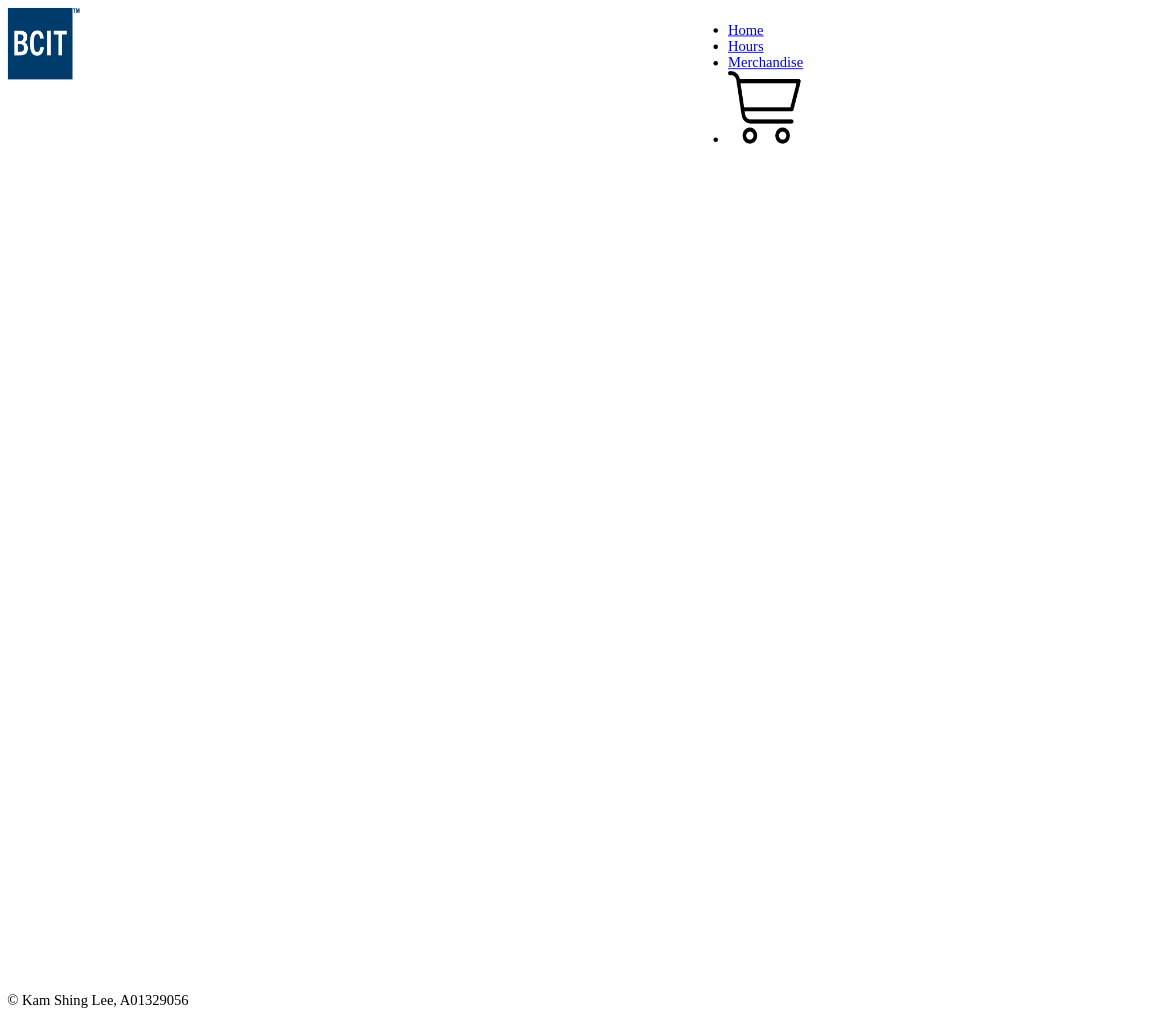
Repository: klee616/assessment3
Page: /
An editor plug-in stored every save of this project. The page is shown before and after the next save, followed by the edit.
The browser window is 1280 px wide. The pictures show the whole page, at 91% of full size.
The project was rebuilt for these pictures with package versions that can differ from the ones it lists, and the page was loaded fresh each time. The framework's server and built-in components were replaced by stand-ins that run in the browser. Also part of the build but not shown: next.config.mjs, components/Footer/Footer.module.css.

Above is the page before, as saved 2024-02-05 16:01:57.

### pages/index.js
import Head from "next/head";
import { Inter } from "next/font/google";
import styles from "@/styles/Home.module.css";
import layout from "@/styles/layout.module.css"
import Header from "@/components/Header";
import Footer from "@/components/Footer";

const inter = Inter({ subsets: ["latin"] });

export default function Home() {
  return (
    <>
      <Head>
        <title>BCIT Book Store</title>
        <meta name="description" content="All online pick-up orders are available at the Burnaby Campus Bookstore (SE2). Please allow 2-3 business days for order processing." />
        <meta name="viewport" content="width=device-width, initial-scale=1" />
        <link rel="icon" href="/favicon.ico" />
      </Head>

      <Header />
      <main className={`${styles.main} ${inter.className}`}>
        <div className={`${layout['col-lg-4']} ${layout['col-md-4']} ${layout['col-lg-4']}}`}>

        </div>
      </main>
      <Footer />
    </>
  );
}

### styles/globals.css
:root {
  --background-color: #fff;
  --highlight: #FFF400;
  --blue: #003C71;
  --white-text: #fff;
  --product-background: rgb(245, 245, 245);
}

### styles/layout.module.css

.row {
    display: flex;
    flex-direction: row;
    flex-wrap: wrap;
    justify-content: left;
    align-items: stretch;
  }

  .col-lg-12, .col-md-12, .col-sm-12{
      flex: 0 0 12;
      width: calc(100% / 12 * 12);
  }

  .col-lg-11, .col-md-11, .col-sm-11{
      flex: 0 0 11;
      width: calc(100% / 12 * 11);
  }

  .col-lg-10, .col-md-10, .col-sm-10{
      flex: 0 0 10;
      width: calc(100% / 12 * 10);
  }

  .col-lg-9, .col-md-9, .col-sm-9{
      flex: 0 0 9;
      width: calc(100% / 12 * 9);
  }

  .col-lg-8, .col-md-8, .col-sm-8{
      flex: 0 0 8;
      width: calc(100% / 12 * 8);
  }

  .col-lg-7, .col-md-7, .col-sm-7{
      flex: 0 0 7;
      width: calc(100% / 12 * 7);
  }

  .col-lg-6, .col-md-6, .col-sm-6{
      flex: 0 0 6;
      width: calc(100% / 12 * 6);
  }

  .col-lg-5, .col-md-5, .col-sm-5{
      flex: 0 0 5;
      width: calc(100% / 12 * 5);
  }

  .col-lg-4, .col-md-4, .col-sm-4{
      flex: 0 0 4;
      width: calc(100% / 12 * 4);
  }

  .col-lg-3, .col-md-3, .col-sm-3{
      flex: 0 0 3;
      width: calc(100% / 12 * 3);
  }

  .col-lg-2, .col-md-2, .col-sm-2{
      flex: 0 0 2;
      width: calc(100% / 12 * 2);
  }

  .col-lg-1, .col-md-1, .col-sm-1{
      flex: 0 0 1;
      width: calc(100% / 12 * 1);
  }

  .text-align-right{
    text-align: right;
  }

  @media (min-width: 1221px ) {
    /* lg*/

    .row {
      max-width: 1220px;
      width: 100vw;
    }

    .row-wider{
      width: 992px;
    }


    .col-lg-12 {
      flex: 0 0 12;
      width: calc(100% / 12 * 12);
    }

    .col-lg-11 {
      flex: 0 0 11;
      width: calc(100% / 12 * 12);
    }

    .col-lg-10 {
      flex: 0 0 10;
      width: calc(100% / 12 * 10);
    }

    .col-lg-9 {
      flex: 0 0 9;
      width: calc(100% / 12 * 9);
    }

    .col-lg-8 {
      flex: 0 0 8;
      width: calc(100% / 12 * 8);
    }

    .col-lg-7 {
      flex: 0 0 7;
      width: calc(100% / 12 * 7);
    }

    .col-lg-6 {
      flex: 0 0 6;
      width: calc(100% / 12 * 6);
    }

    .col-lg-5 {
      flex: 0 0 5;
      width: calc(100% / 12 * 5);
    }

    .col-lg-4 {
      flex: 0 0 4;
      width: calc(100% / 12 * 4);
    }

    .col-lg-3 {
      flex: 0 0 3;
      width: calc(100% / 12 * 3);
    }

    .col-lg-2 {
      flex: 0 0 2;
      width: calc(100% / 12 * 2);
    }

    .col-lg-1 {
      flex: 0 0 1;
      width: calc(100% / 12 * 1);
    }

    .lg-hidden{
      display: none;;
    }
  }


  @media (max-width:1220px) and (min-width:701px) {
    /* md*/

    .row {
        max-width: 1440px;
        width: 100vw;

    }



    .col-md-12 {
      flex: 0 0 12;
      width: calc(100% / 12 * 12);
    }

    .col-md-11 {
      flex: 0 0 11;
      width: calc(100% / 12 * 12);
    }

    .col-md-10 {
      flex: 0 0 10;
      width: calc(100% / 12 * 10);
    }

    .col-md-9 {
      flex: 0 0 9;
      width: calc(100% / 12 * 9);
    }

    .col-md-8 {
      flex: 0 0 8;
      width: calc(100% / 12 * 8);
    }

    .col-md-7 {
      flex: 0 0 7;
      width: calc(100% / 12 * 7);
    }

    .col-md-6 {
      flex: 0 0 6;
      width: calc(100% / 12 * 6);
    }

    .col-md-5 {
      flex: 0 0 5;
      width: calc(100% / 12 * 5);
    }

    .col-md-4 {
      flex: 0 0 4;
      width: calc(100% / 12 * 4);
    }

    .col-md-3 {
      flex: 0 0 3;
      width: calc(100% / 12 * 3);
    }

    .col-md-2 {
      flex: 0 0 2;
      width: calc(100% / 12 * 2);
    }

    .col-md-1 {
      flex: 0 0 1;
      width: calc(100% / 12 * 1);
    }


    .md-hidden{
      display: none;;
    }
  }


  @media (max-width:700px) {
    /* sm*/

    .row {
        max-width: 640;
        width: 100vw;

    }


    .col-sm-12 {
      flex: 0 0 12;
      width: calc(100% / 12 * 12);
    }

    .col-sm-11 {
      flex: 0 0 11;
      width: calc(100% / 12 * 12);
    }

    .col-sm-10 {
      flex: 0 0 10;
      width: calc(100% / 12 * 10);
    }

    .col-sm-9 {
      flex: 0 0 9;
      width: calc(100% / 12 * 9);
    }

    .col-sm-8 {
      flex: 0 0 8;
      width: calc(100% / 12 * 8);
    }

    .col-sm-7 {
      flex: 0 0 7;
      width: calc(100% / 12 * 7);
    }

    .col-sm-6 {
      flex: 0 0 6;
      width: calc(100% / 12 * 6);
    }

    .col-sm-5 {
      flex: 0 0 5;
      width: calc(100% / 12 * 5);
    }

    .col-sm-4 {
      flex: 0 0 4;
      width: calc(100% / 12 * 4);
    }

    .col-sm-3 {
      flex: 0 0 3;
      width: calc(100% / 12 * 3);
    }

    .col-sm-2 {
      flex: 0 0 2;
      width: calc(100% / 12 * 2);
    }

    .col-sm-1 {
      flex: 0 0 1;
      width: calc(100% / 12 * 1);
    }

    .sm-hidden{
      display: none;
    }
  }

### components/Header/index.js
import styles from './Header.module.css'
import layout from '@/styles/Layout.module.css'
import Image from 'next/image'
import Link from 'next/link'

export default function Header() {
    return (
        <>
            <header className={layout['row']}>
                <div className={`${layout['col-lg-4']} ${layout['col-md-4']} ${layout['col-sm-4']}`}>
                    <Image
                        src="/images/bcit_logo.png"
                        width={80}
                        height={80} />
                </div>
                <div className={`${layout['col-lg-8']} ${layout['col-md-8']} ${layout['col-sm-8']}`}>
                    <div className={styles['menu-container']}>
                        <ul className={styles['menu-list']}>
                            <li className={styles['menu-item']}>
                                <Link href='/'>Home</Link>
                            </li>
                            <li className={styles['menu-item']}>
                                <Link href='/'>Hours</Link>
                            </li>
                            <li className={styles['menu-item']}>
                                <Link href='/'>Merchandise</Link>
                            </li>
                            <li className={styles['menu-item']}>

                            <Link href='/'>
                                <Image
                                src="/images/shopping.png"
                                width={80}
                                height={80} />
                            </Link>
                                </li>
                        </ul>
                    </div>
                </div>

            </header>
        </>
    )
}

### components/Footer/index.js
import styles from './Footer.module.css'
import layout from '@/styles/Layout.module.css'

export default function Footer(){
    return (
        <>
        <footer className={`${layout['row']}`}>
<div className={`${layout['col-lg-12']} ${layout['col-md-12']} ${layout['col-sm-12']}`}>
    &copy; Kam Shing Lee, A01329056
</div>
        </footer>
        </>
    )
}

### components/Header/Header.module.css
.menu-container{
    display: flex;
    flex-direction: row;
    flex-wrap: nowrap;
    align-content: center;
    justify-content: center;
    align-items: center;
}

### styles/Layout.module.css

.row {
    display: flex;
    flex-direction: row;
    flex-wrap: wrap;
    justify-content: left;
    align-items: stretch;
  }

  .col-lg-12, .col-md-12, .col-sm-12{
      flex: 0 0 12;
      width: calc(100% / 12 * 12);
  }

  .col-lg-11, .col-md-11, .col-sm-11{
      flex: 0 0 11;
      width: calc(100% / 12 * 11);
  }

  .col-lg-10, .col-md-10, .col-sm-10{
      flex: 0 0 10;
      width: calc(100% / 12 * 10);
  }

  .col-lg-9, .col-md-9, .col-sm-9{
      flex: 0 0 9;
      width: calc(100% / 12 * 9);
  }

  .col-lg-8, .col-md-8, .col-sm-8{
      flex: 0 0 8;
      width: calc(100% / 12 * 8);
  }

  .col-lg-7, .col-md-7, .col-sm-7{
      flex: 0 0 7;
      width: calc(100% / 12 * 7);
  }

  .col-lg-6, .col-md-6, .col-sm-6{
      flex: 0 0 6;
      width: calc(100% / 12 * 6);
  }

  .col-lg-5, .col-md-5, .col-sm-5{
      flex: 0 0 5;
      width: calc(100% / 12 * 5);
  }

  .col-lg-4, .col-md-4, .col-sm-4{
      flex: 0 0 4;
      width: calc(100% / 12 * 4);
  }

  .col-lg-3, .col-md-3, .col-sm-3{
      flex: 0 0 3;
      width: calc(100% / 12 * 3);
  }

  .col-lg-2, .col-md-2, .col-sm-2{
      flex: 0 0 2;
      width: calc(100% / 12 * 2);
  }

  .col-lg-1, .col-md-1, .col-sm-1{
      flex: 0 0 1;
      width: calc(100% / 12 * 1);
  }

  .text-align-right{
    text-align: right;
  }

  @media (min-width: 1221px ) {
    /* lg*/

    .row {
      max-width: 1220px;
      width: 100vw;
    }

    .row-wider{
      width: 992px;
    }


    .col-lg-12 {
      flex: 0 0 12;
      width: calc(100% / 12 * 12);
    }

    .col-lg-11 {
      flex: 0 0 11;
      width: calc(100% / 12 * 12);
    }

    .col-lg-10 {
      flex: 0 0 10;
      width: calc(100% / 12 * 10);
    }

    .col-lg-9 {
      flex: 0 0 9;
      width: calc(100% / 12 * 9);
    }

    .col-lg-8 {
      flex: 0 0 8;
      width: calc(100% / 12 * 8);
    }

    .col-lg-7 {
      flex: 0 0 7;
      width: calc(100% / 12 * 7);
    }

    .col-lg-6 {
      flex: 0 0 6;
      width: calc(100% / 12 * 6);
    }

    .col-lg-5 {
      flex: 0 0 5;
      width: calc(100% / 12 * 5);
    }

    .col-lg-4 {
      flex: 0 0 4;
      width: calc(100% / 12 * 4);
    }

    .col-lg-3 {
      flex: 0 0 3;
      width: calc(100% / 12 * 3);
    }

    .col-lg-2 {
      flex: 0 0 2;
      width: calc(100% / 12 * 2);
    }

    .col-lg-1 {
      flex: 0 0 1;
      width: calc(100% / 12 * 1);
    }

    .lg-hidden{
      display: none;;
    }
  }


  @media (max-width:1220px) and (min-width:701px) {
    /* md*/

    .row {
        max-width: 1440px;
        width: 100vw;

    }



    .col-md-12 {
      flex: 0 0 12;
      width: calc(100% / 12 * 12);
    }

    .col-md-11 {
      flex: 0 0 11;
      width: calc(100% / 12 * 12);
    }

    .col-md-10 {
      flex: 0 0 10;
      width: calc(100% / 12 * 10);
    }

    .col-md-9 {
      flex: 0 0 9;
      width: calc(100% / 12 * 9);
    }

    .col-md-8 {
      flex: 0 0 8;
      width: calc(100% / 12 * 8);
    }

    .col-md-7 {
      flex: 0 0 7;
      width: calc(100% / 12 * 7);
    }

    .col-md-6 {
      flex: 0 0 6;
      width: calc(100% / 12 * 6);
    }

    .col-md-5 {
      flex: 0 0 5;
      width: calc(100% / 12 * 5);
    }

    .col-md-4 {
      flex: 0 0 4;
      width: calc(100% / 12 * 4);
    }

    .col-md-3 {
      flex: 0 0 3;
      width: calc(100% / 12 * 3);
    }

    .col-md-2 {
      flex: 0 0 2;
      width: calc(100% / 12 * 2);
    }

    .col-md-1 {
      flex: 0 0 1;
      width: calc(100% / 12 * 1);
    }


    .md-hidden{
      display: none;;
    }
  }


  @media (max-width:700px) {
    /* sm*/

    .row {
        max-width: 640;
        width: 100vw;

    }


    .col-sm-12 {
      flex: 0 0 12;
      width: calc(100% / 12 * 12);
    }

    .col-sm-11 {
      flex: 0 0 11;
      width: calc(100% / 12 * 12);
    }

    .col-sm-10 {
      flex: 0 0 10;
      width: calc(100% / 12 * 10);
    }

    .col-sm-9 {
      flex: 0 0 9;
      width: calc(100% / 12 * 9);
    }

    .col-sm-8 {
      flex: 0 0 8;
      width: calc(100% / 12 * 8);
    }

    .col-sm-7 {
      flex: 0 0 7;
      width: calc(100% / 12 * 7);
    }

    .col-sm-6 {
      flex: 0 0 6;
      width: calc(100% / 12 * 6);
    }

    .col-sm-5 {
      flex: 0 0 5;
      width: calc(100% / 12 * 5);
    }

    .col-sm-4 {
      flex: 0 0 4;
      width: calc(100% / 12 * 4);
    }

    .col-sm-3 {
      flex: 0 0 3;
      width: calc(100% / 12 * 3);
    }

    .col-sm-2 {
      flex: 0 0 2;
      width: calc(100% / 12 * 2);
    }

    .col-sm-1 {
      flex: 0 0 1;
      width: calc(100% / 12 * 1);
    }

    .sm-hidden{
      display: none;
    }
  }

Loaded but not shown: pages/_app.js (common file); pages/_document.js (common file); styles/Home.module.css (common file)

After the next save:
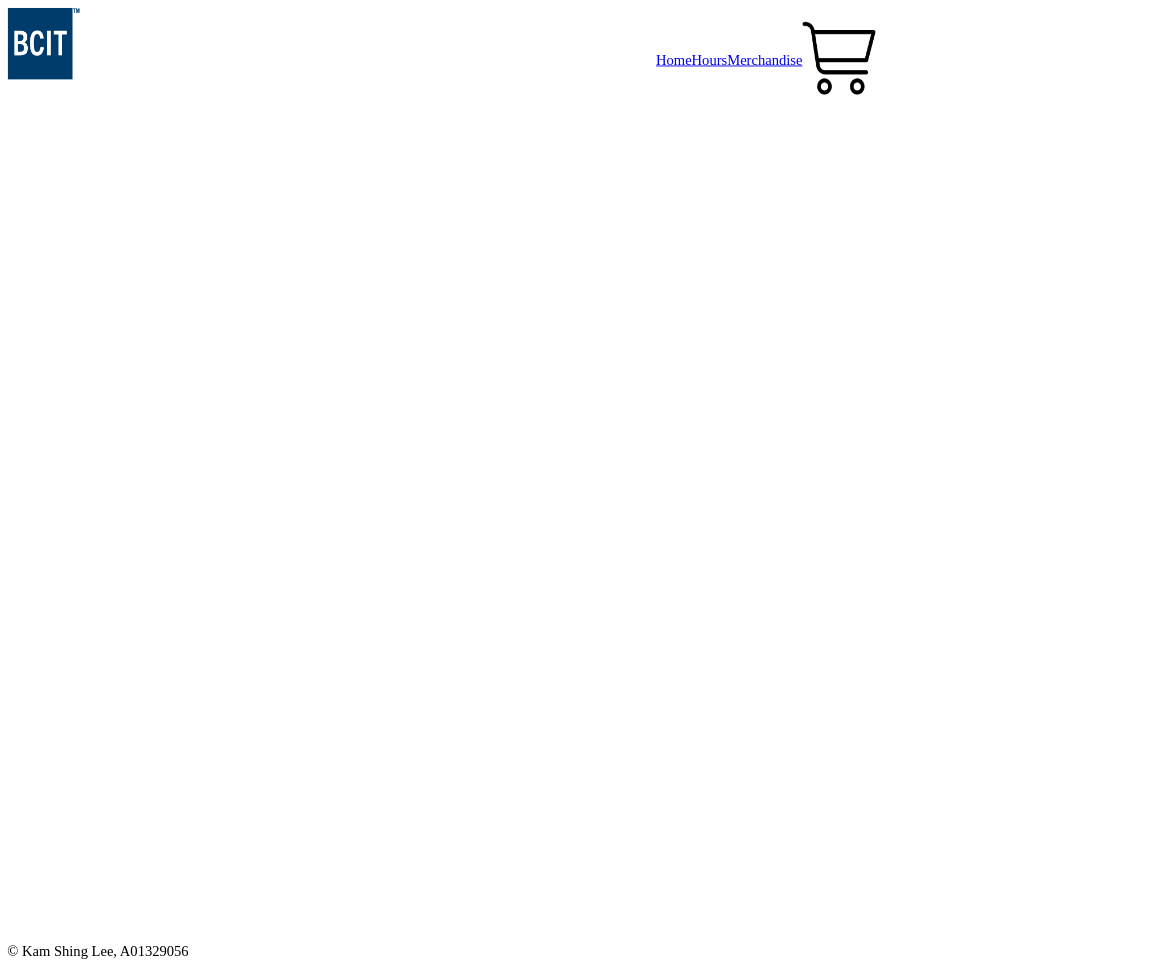
Saved 23 s later.
--- a/components/Header/Header.module.css
+++ b/components/Header/Header.module.css
@@ -6,3 +6,13 @@
     justify-content: center;
     align-items: center;
 }
+
+.menu-list{
+    display: flex;
+    flex-direction: row;
+    flex-wrap: nowrap;
+    align-content: center;
+    justify-content: center;
+    align-items: center;
+    list-style: none;
+}
